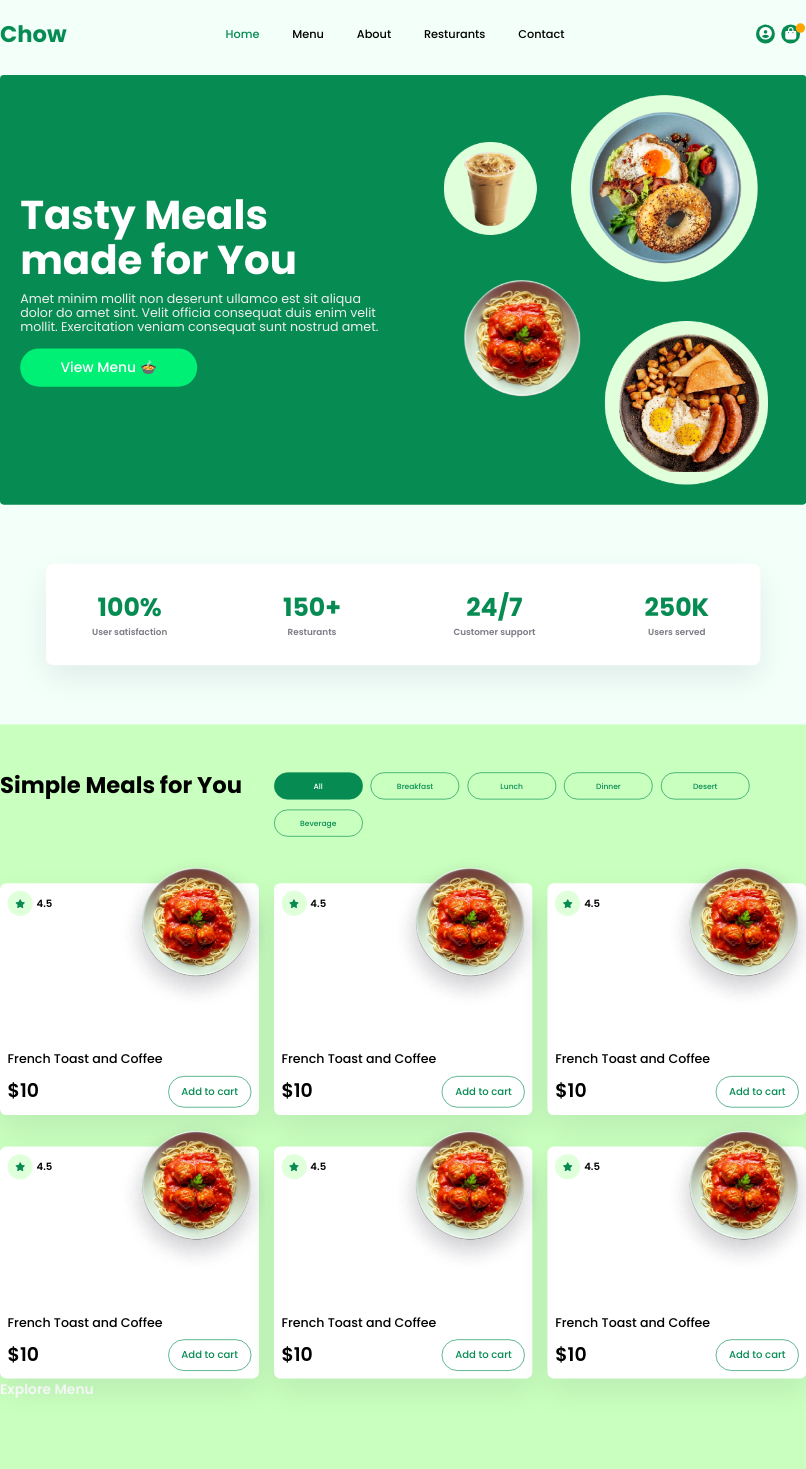
Repository: nguyennam1029/balbal
Page: index.html
The author's editor kept a copy of each file at every save. The page is drawn from the files as they stood at one save, then again after the next save.
The browser window is 1280 px wide. The pictures show the whole page, at 63% of full size.
Some web libraries are served in a nearby version.

Above is the page before, as saved 2022-07-06 17:42:21.

After the next save:
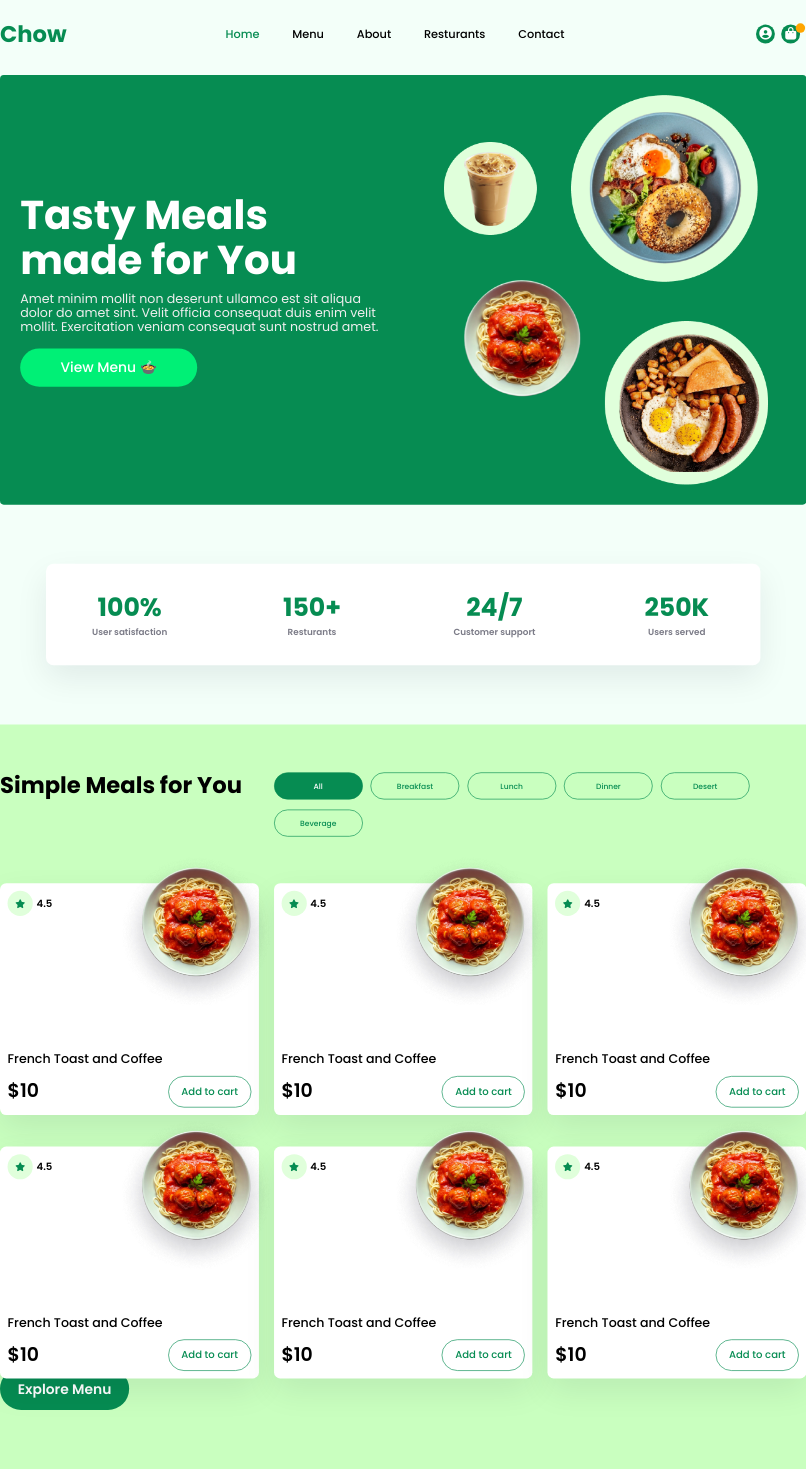
Saved 25 s later.
--- a/css/style.css
+++ b/css/style.css
@@ -382,8 +382,11 @@ ul {
 }
 
 .product-menu {
-    font-weight: 600;
-    font-size  : 2.2rem;
-    line-height: 34px;
-    color      : #FFFFFF;
-}
+    font-weight  : 600;
+    font-size    : 2.2rem;
+    line-height  : 34px;
+    color        : #FFFFFF;
+    padding      : 18px 28px;
+    background   : #068C52;
+    border-radius: 50px;
+}
